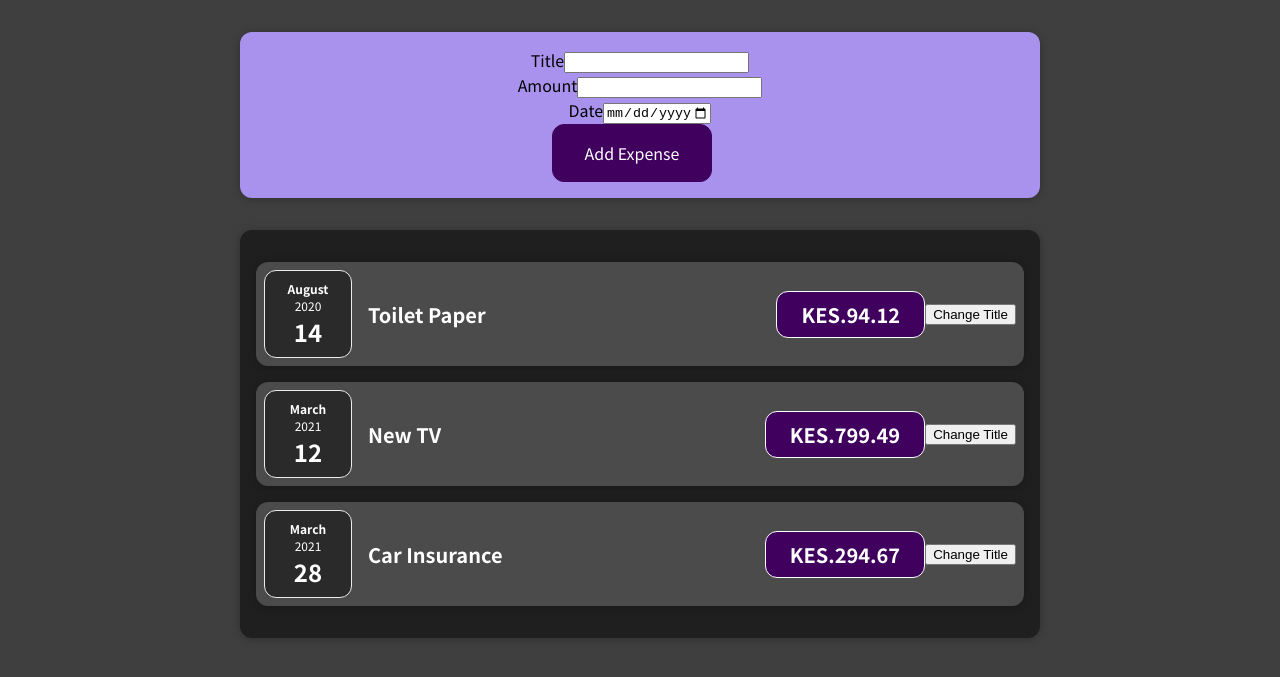
Repository: Samkiroko/expense-tracker-react
Page: /
These files come from the project's save history. The page is drawn as it stood at one moment and after the next save; the edit follows.
The browser window is 1280 px wide. The pictures show the whole page.
The project was rebuilt for these pictures with package versions that can differ from the ones it lists, and the page was loaded fresh each time.

Above is the page before, as saved 2021-06-08 17:03:57.

After the next save:
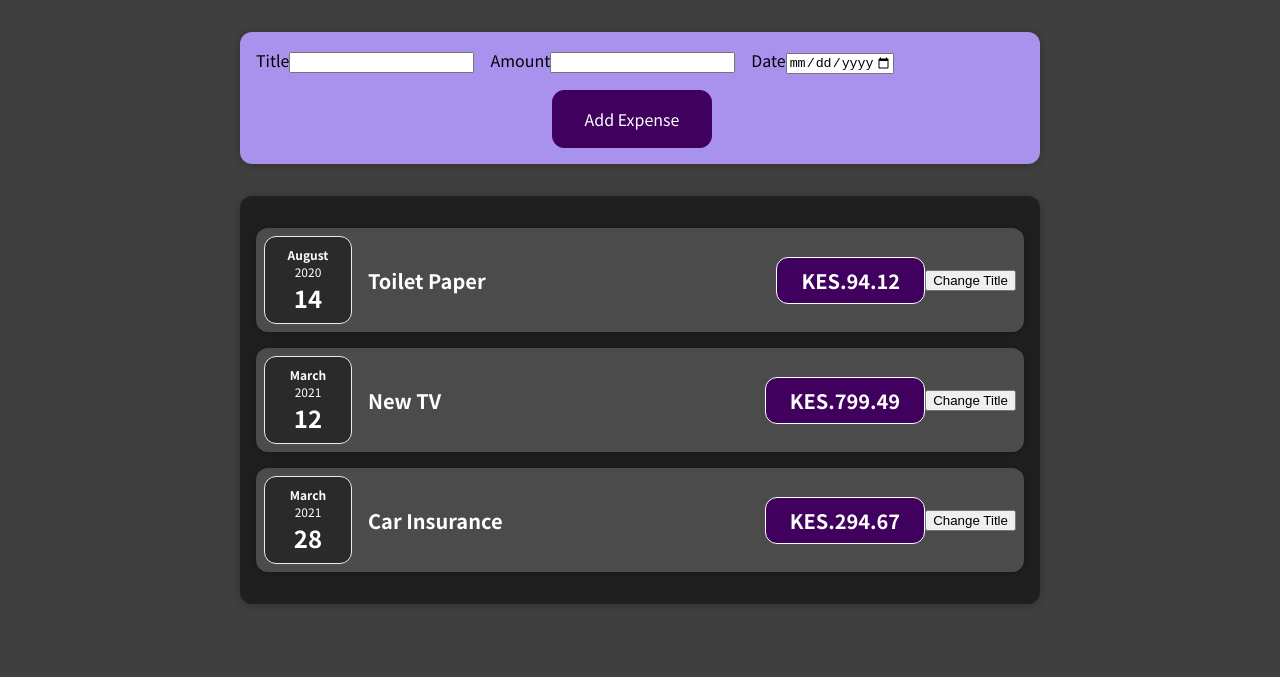
Saved 38 s later.
--- a/src/components/NewExpense/ExpenseForm.js
+++ b/src/components/NewExpense/ExpenseForm.js
@@ -1,4 +1,5 @@
 import React from 'react'
+import './ExpenseForm.css'
 
 export const ExpenseForm = () => {
   return (
